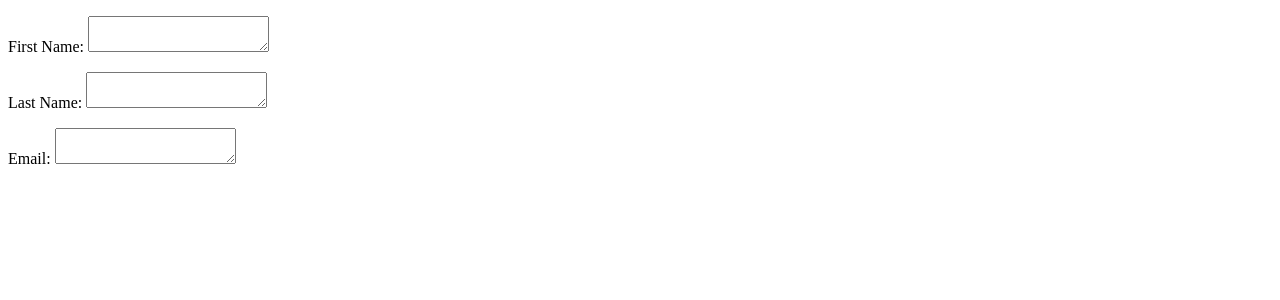
Repository: qtran3/itec4550
Page: MashleverWebpages/Profile.html
These files come from the project's save history. The page is drawn as it stood at one moment and after the next save; the edit follows.
The browser window is 1280 px wide. The pictures show the whole page.

Above is the page before, as saved 2016-05-31 16:17:12.

After the next save:
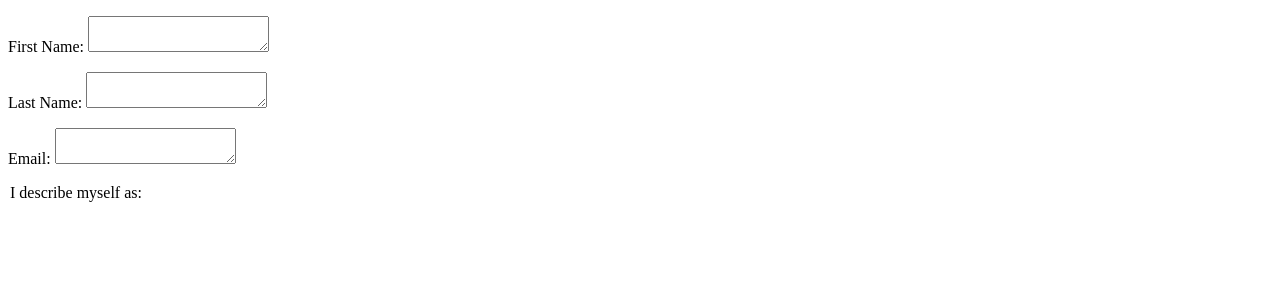
Saved 3 min 53 s later.
--- a/MashleverWebpages/Profile.html
+++ b/MashleverWebpages/Profile.html
@@ -13,7 +13,12 @@
 			<label>Last Name: </label> <textarea id="lastNameField"></textarea>
 		</p>
 		<p>
-			<label>Email: </label> <textarea id="firstNameField"></textarea>
+			<label>Email: </label> <textarea id="emailField"></textarea>
 		</p>
+		<p>
+			<legend>I describe myself as: </legend>
+
+		</p>
+
 	</body>
 </html>
